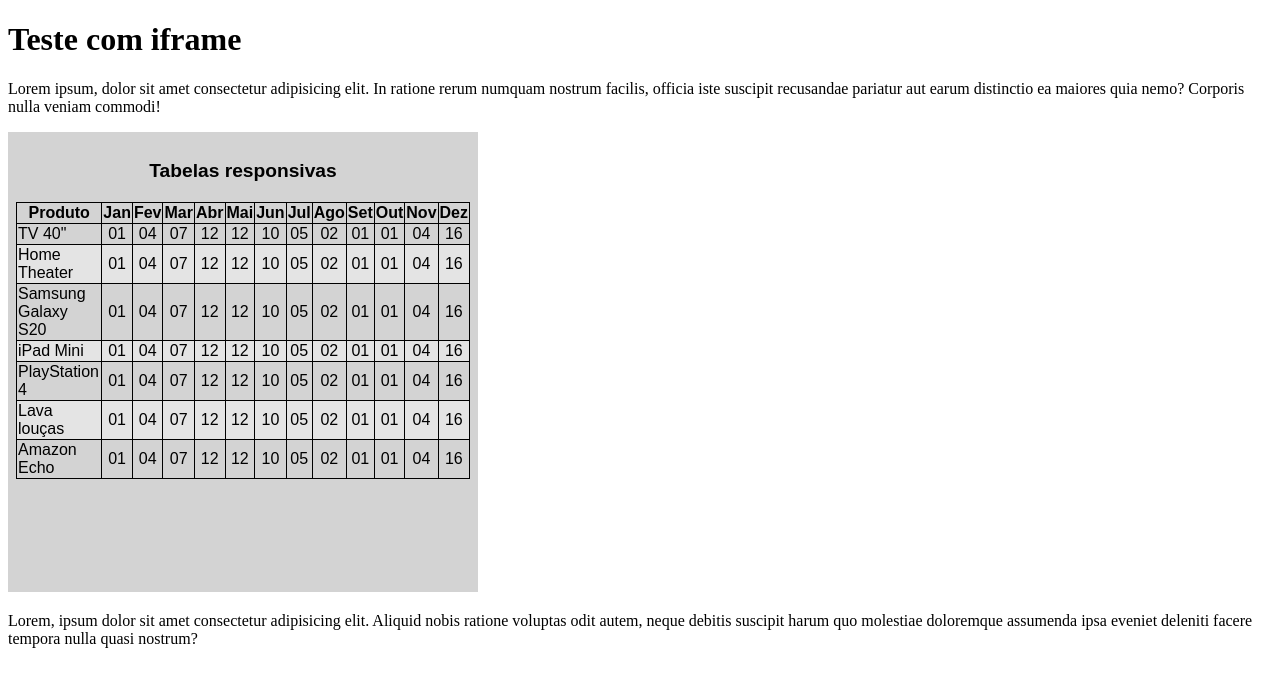
Repository: railsondev/html-css
Page: Módulo4/Exercício/iframe002.html
An editor plug-in stored every save of this project. The page is shown before and after a run of saves, followed by the edit.
The browser window is 1280 px wide. The pictures show the whole page.

Above is the page before, as saved 2024-10-22 22:18:32.

After the next 3 saves:
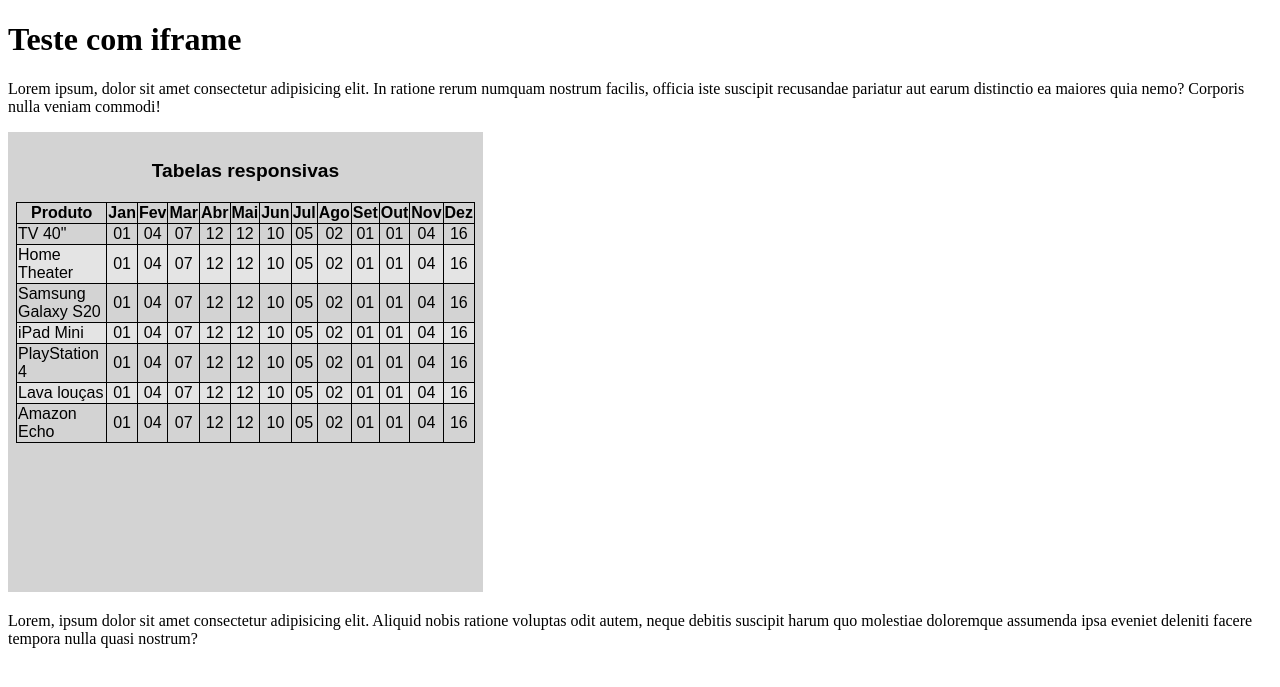
The 3 saves are shown as one change because they came seconds apart.
The last was saved 7 s later.
--- a/Módulo4/Exercício/iframe002.html
+++ b/Módulo4/Exercício/iframe002.html
@@ -8,7 +8,7 @@
 <body>
   <h1>Teste com iframe</h1>
   <p>Lorem ipsum, dolor sit amet consectetur adipisicing elit. In ratione rerum numquam nostrum facilis, officia iste suscipit recusandae pariatur aut earum distinctio ea maiores quia nemo? Corporis nulla veniam commodi!</p>
-  <iframe src="pag01.html" frameborder="0" height="460px" width="470px"></iframe>
+  <iframe src="pag01.html" frameborder="0" height="460px" width="475px"></iframe>
   <p>Lorem, ipsum dolor sit amet consectetur adipisicing elit. Aliquid nobis ratione voluptas odit autem, neque debitis suscipit harum quo molestiae doloremque assumenda ipsa eveniet deleniti facere tempora nulla quasi nostrum?</p>
 </body>
 </html>
